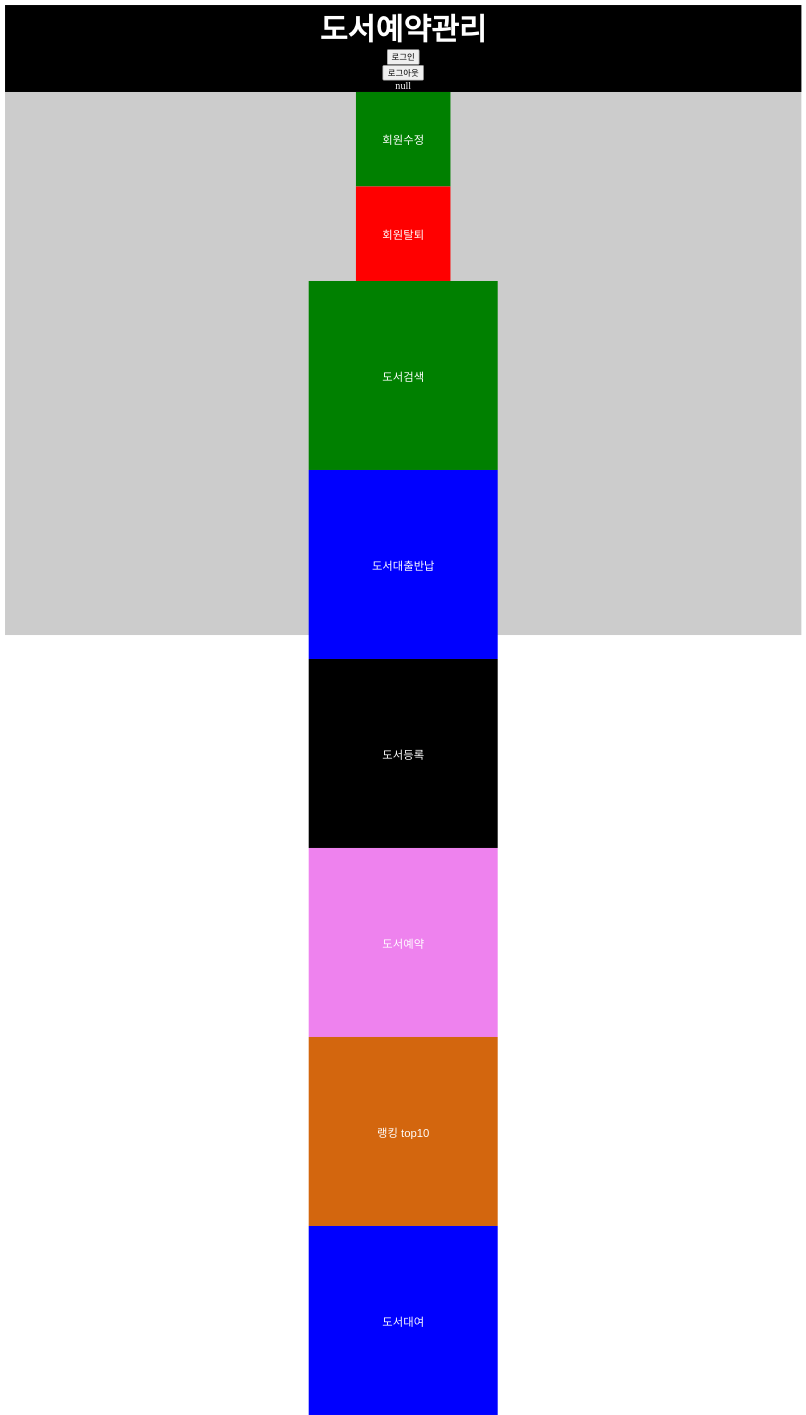
Repository: hii9505/DB_engineering_education
Page: http://localhost/TestIsp/Homepage.jsp
The author's editor kept a copy of each file at every save. The page is drawn from the files as they stood at one save, then again after the next save.
The browser window is 1280 px wide. The pictures show the whole page, at 63% of full size.
The page is served by Tomcat 9. Other server files are loaded and not shown.

Above is the page before, as saved 2019-12-20 14:01:01.

### eclipse-workspace/TestISP/TestIsp/WebContent/Homepage.jsp
<%@ page language="java" contentType="text/html; charset=UTF-8"
    pageEncoding="UTF-8"%>
<!DOCTYPE html>
<html>
<head>
<meta charset="UTF-8">
<title>homepage</title>
</head>
<style>
       #background{
        background: #cccccc;
        height: 1000px;
    }

    #title{
        background: black;
    }

    #mypage{
        background: green;
        border: 1px white;
        height: 150px;
        width: 150px;
        font-size: large;
        color: white;
    }


    #deletemypage{
        background: red;
        border: 1px white;
        height: 150px;
        width: 150px;
        font-size: large;
        color: white;
    }
    #search{
        background: green;
        border: 1px white;
        height: 300px;
        width: 300px;
        font-size: large;
        color: white;
    }
    #rental{
        background: blue;
        border: 1px white;
        height: 300px;
        width: 300px;
        font-size: large;
        color: white;
    }
    #AddBook{
        background: black;
        border: 1px white;
        height: 300px;
        width: 300px;
        font-size: large;
        color: white;
    }
    #reservation{
        background: violet;
        border: 1px white;
        height: 300px;
        width: 300px;
        font-size: large;
        color: white;
    }
    #ranking{
        background: rgb(211, 102, 14);
        border: 1px white;
        height: 300px;
        width: 300px;
        font-size: large;
        color: white;
    }

</style>

<body>

   <div id = "background">

                <center>
                    <div id = "container">
                        <div id="title"><font size="10" color="white"><strong>도서예약관리</strong></font></br>
                        <form method="post" action="Login.jsp">
                        <input type="submit" value="로그인">
                        </form>
                        <form method="post" action="logout.jsp">
                        <input type="submit" value="로그아웃"></br>
                        </form>
                        <div><font color="white"><%=(String)session.getAttribute("id") %></font></div>
                        </div>
                    </div>
                    <form method="post" action="accountrestore.jsp">
                    <input type="submit" value="회원수정" id="mypage">
                    </form>
                 	<form method="post" action="deleteAccount.jsp">
                 		<input type="submit" value="회원탈퇴" id="deletemypage">
                 	</form>
                 	<form method="post" action="booksearch.jsp">
                    <input type="submit" value="도서검색" id="search">
                 	</form>

                    <input type="submit" value="도서대출반납" id="rental"></br>
                    <input type="submit" value="도서등록" id="AddBook">

                    <form method="post" action="yourReservationPage.jsp">
                    <input type="submit" value="도서예약" id="reservation">
                    </form>

                    <form method="post" action="rankPage.jsp">
                    <input type="submit" value="랭킹 top10" id="ranking">
                    </form>

                  	<form method="post" action="yourRentalPage.jsp">
                   	<input type="submit" value="도서대여" id="rental">
                  	</form>


                </center>
        </div>



</body>

<script type="text/javascript">
</script>
</html>

After the next save:
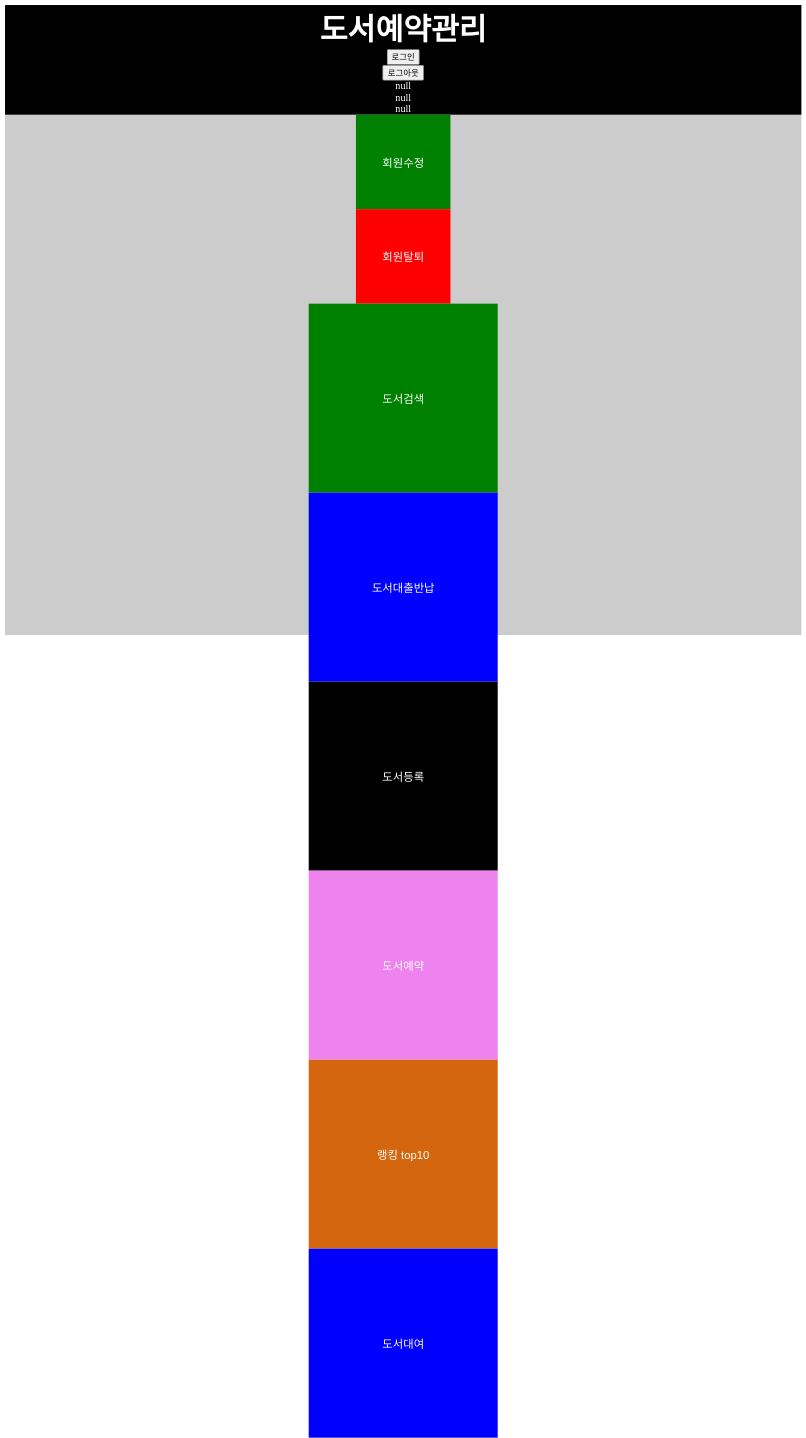
Saved 3 min 25 s later.
--- a/eclipse-workspace/TestISP/TestIsp/WebContent/Homepage.jsp
+++ b/eclipse-workspace/TestISP/TestIsp/WebContent/Homepage.jsp
@@ -91,6 +91,9 @@
                         <input type="submit" value="로그아웃"></br>
                         </form>
                         <div><font color="white"><%=(String)session.getAttribute("id") %></font></div>
+                        <div><font color="white"><%=(String)session.getAttribute("pw") %></font></div>
+                        <div><font color="white"><%=(String)session.getAttribute("Memstat") %></font></div>
+
                         </div>
                     </div>
                     <form method="post" action="accountrestore.jsp">
